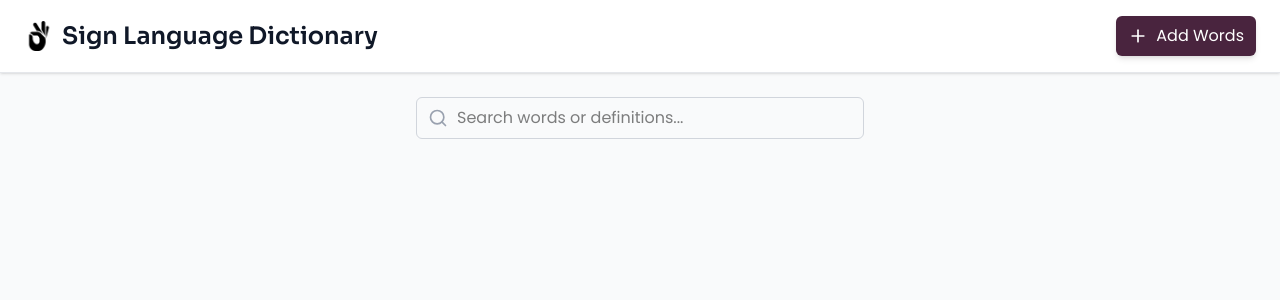
Repository: jabir12-12/sign-setu
Page: /
The author's editor kept a copy of each file at every save. The page is drawn from the files as they stood at one save, then again after the next save.
The browser window is 1280 px wide. The pictures show the whole page.
The project was rebuilt for these pictures with package versions that can differ from the ones it lists, and the page was loaded fresh each time. The framework's server and built-in components were replaced by stand-ins that run in the browser. Also part of the build but not shown: next.config.ts.

Above is the page before, as saved 2025-05-27 16:20:54.

### app/page.tsx
'use client';
import React from 'react';
import Image from 'next/image';
import { Plus, Search } from 'lucide-react';

export default function StockDashboard() {
  return (
    <div className="bg-gray-50 min-h-screen flex flex-col">
      {/* Header */}
      <header className="sticky top-0 z-10 flex flex-wrap justify-between items-center px-4 md:px-6 py-3 md:py-4 bg-white border-b border-gray-200 shadow-sm">
        {/* Left: Logo & Title */}
        <div className="flex items-center space-x-2 mb-2 md:mb-0 justify-center">
          <Image
            src="/images/ok.png"
            alt="Logo icon"
            width={30}
            height={30}
          />
          <h1 className="text-gray-900 font-semibold text-lg md:text-2xl whitespace-nowrap">
            Sign Language Dictionary
          </h1>
        </div>

        {/* Right: Add Button */}
        <div className="flex items-center gap-2">
          <button className="bg-[#49243E] text-white px-3 py-2 rounded-full md:rounded-md flex items-center justify-center hover:bg-[#704264] transition-colors duration-200 shadow-md hover:shadow-md">
            <Plus className="w-5 h-5" />
            <span className="hidden md:inline ml-2">Add Words</span>
          </button>
        </div>
      </header>

      {/* Centered Search Bar */}
      <div className="flex justify-center mt-6 px-4">
        <div className="relative w-full max-w-md">
          <span className="absolute inset-y-0 left-0 pl-3 flex items-center text-gray-400">
            <Search className="w-5 h-5" />
          </span>
          <input
            type="text"
            placeholder="Search words or definitions..."
            className="w-full pl-10 pr-4 py-2 border border-gray-300 rounded-md focus:outline-none focus:ring-2 focus:ring-[#BB8493] focus:border-[#BB8493] hover:border-gray-400 transition-all duration-200"
          />
        </div>
      </div>
    </div>
  );
}

### app/globals.css
@import url('https://fonts.googleapis.com/css2?family=Poppins:wght@400;500;600&family=Inter:wght@400;500;600&family=Sora:wght@400;500;600;700;800&display=swap');
@import url('https://fonts.googleapis.com/css2?family=Inter:wght@400;700&display=swap');

@import "tailwindcss";

body {
  background-color: #f7f8fb;
  margin: 0;
  padding: 0;
  font-family: 'Poppins', sans-serif;
  justify-content: center;
  align-items: center;
  height: 100vh;
}

.video-js .vjs-playback-rate {
  font-size: 10px;
  transform: translateY(12px);
  /* Moves the button down by 10px */

}

.heading .head {
  font-family: 'Sora', sans-serif;
  font-size: 24px;
  /* Example size */
  font-weight: 700;
}

/* Example for other headings if needed */
h1,
h2,
h3,
h4,
h5,
h6 {
  font-family: 'Sora', sans-serif;
}

h3 {
  font-size: 18px;
  font-weight: 600;
}

/* Ensure that other text elements use Poppins */
p,
span,
div {
  font-family: 'Poppins', sans-serif;
}

.button {
  outline: none;
}

/* Custom scrollbar styles */

::-webkit-scrollbar {
  width: 7px;
  height: 7px;
}

::-webkit-scrollbar-thumb {
  background-color: rgba(234, 236, 240, 1);
  ;

  border-radius: 100px;
}

::-webkit-scrollbar-track {
  background: "white";

}

/* THIS IS FOR TEXT-EDITOR IN DISSCUSSION TAB --------------------------*/
.custom-quill .ql-container {
  border: none !important;
  /* Remove the border from the container */
}

.custom-quill .ql-editor {
  border: none !important;
  /* Ensure no border around the editor */
}

.custom-quill:focus {
  outline: none;
  /* Remove outline on focus */
}

.custom-quill .ql-editor {
  font-size: 16px;
  /* Set text size to 16px */
  font-family: 'Poppins', sans-serif;
  font-style: normal;
  /* Use the Poppins font */

}

.custom-quill .ql-editor:empty::before {

  /* Show placeholder */
  color: #667085;
  /* Placeholder color */
  font-family: 'Poppins', sans-serif;
  font-style: normal;
  /* Poppins font for placeholder */
  font-size: 16px;
  /* Placeholder size */
  position: absolute;
  /* Position it absolutely */
  left: 10px;
  /* Adjust according to your padding */
  top: 10px;
  /* Adjust according to your padding */
  pointer-events: none;
  /* Prevent interaction */
}

.custom-quill .ql-editor:focus::before {
  display: none;
  /* Hide placeholder on focus */
}

/* -------------------------------------------------- */
/* FOR TOOLTIP FOR TEST PAGE ONLY ->learn Tab */


.tooltipText {
  position: absolute;
  color: white;
  bottom: 125%;
  /* Position above the button */
  left: 50%;
  /* Center horizontally */
  transform: translateX(-50%);
  /* Adjust to center the tooltip */

  z-index: 3;
  background-color: #131313;
  box-shadow: 0 5px 10px rgba(0, 0, 0, 0.3);
  padding: 6px 14px;
  /* Padding inside the tooltip */
  width: 204px;
  /* Fixed width */
  height: auto;
  /* Hug content (height grows with content) */
  min-height: 78px;
  /* Minimum height */
  font-size: 15px;
  font-weight: 400;
  border-radius: 5px;
  white-space: normal;
  /* Allow text wrapping for longer content */
  opacity: 0;
  pointer-events: none;
  transition: all 0.4s ease;
}

.tooltip:hover .tooltipText {
  opacity: 1;
  pointer-events: auto;
  transform: translate(-50%, -10px);
  /* Move tooltip slightly up on hover */
}

.drawer-overlay {
  background-color: transparent !important;
  /* Makes the overlay transparent */
}

/* magic.module.css */
.customCheckbox input[type="checkbox"]:checked {
  background-color: #9012FF;
  border-color: #9012FF;
}

/* Add this to your global CSS file */
.ql-container .ql-editor img {
  cursor: pointer;
}

.image-resizer {
  border: 1px dashed #999;
  position: absolute;
}

.image-resizer .resize-handle {
  background-color: #fff;
  border: 1px solid #999;
  height: 8px;
  width: 8px;
  position: absolute;
}

.image-resizer .resize-handle.se {
  bottom: -5px;
  right: -5px;
  cursor: se-resize;
}

.image-resizer .resize-handle.sw {
  bottom: -5px;
  left: -5px;
  cursor: sw-resize;
}

.image-resizer .resize-handle.ne {
  top: -5px;
  right: -5px;
  cursor: ne-resize;
}

.image-resizer .resize-handle.nw {
  top: -5px;
  left: -5px;
  cursor: nw-resize;
}


@layer base {
  :root {
    --radius: 0.5rem;
    --chart-1: 12 76% 61%;
    --chart-2: 173 58% 39%;
    --chart-3: 197 37% 24%;
    --chart-4: 43 74% 66%;
    --chart-5: 27 87% 67%;
  }

  .dark {
    --chart-1: 220 70% 50%;
    --chart-2: 160 60% 45%;
    --chart-3: 30 80% 55%;
    --chart-4: 280 65% 60%;
    --chart-5: 340 75% 55%;
  }
}

Loaded but not shown: app/layout.tsx (common file)

After the next save:
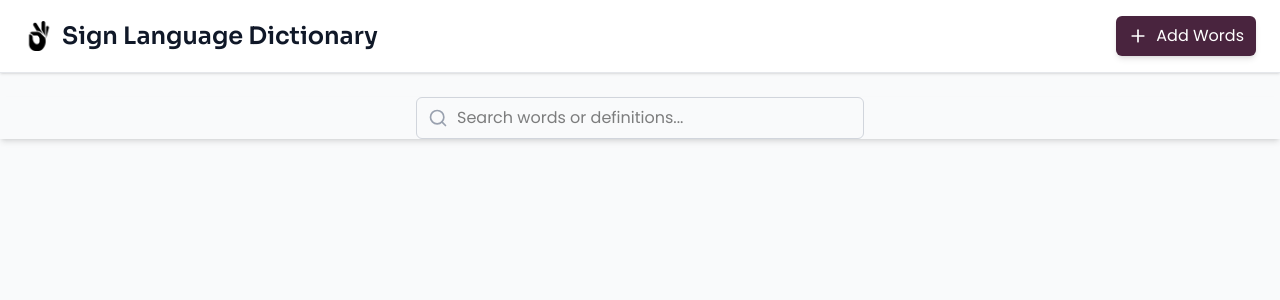
Saved 88 s later.
--- a/app/page.tsx
+++ b/app/page.tsx
@@ -31,7 +31,7 @@ export default function StockDashboard() {
       </header>
 
       {/* Centered Search Bar */}
-      <div className="flex justify-center mt-6 px-4">
+      <div className="flex justify-center mt-6 px-4 shadow-md">
         <div className="relative w-full max-w-md">
           <span className="absolute inset-y-0 left-0 pl-3 flex items-center text-gray-400">
             <Search className="w-5 h-5" />
